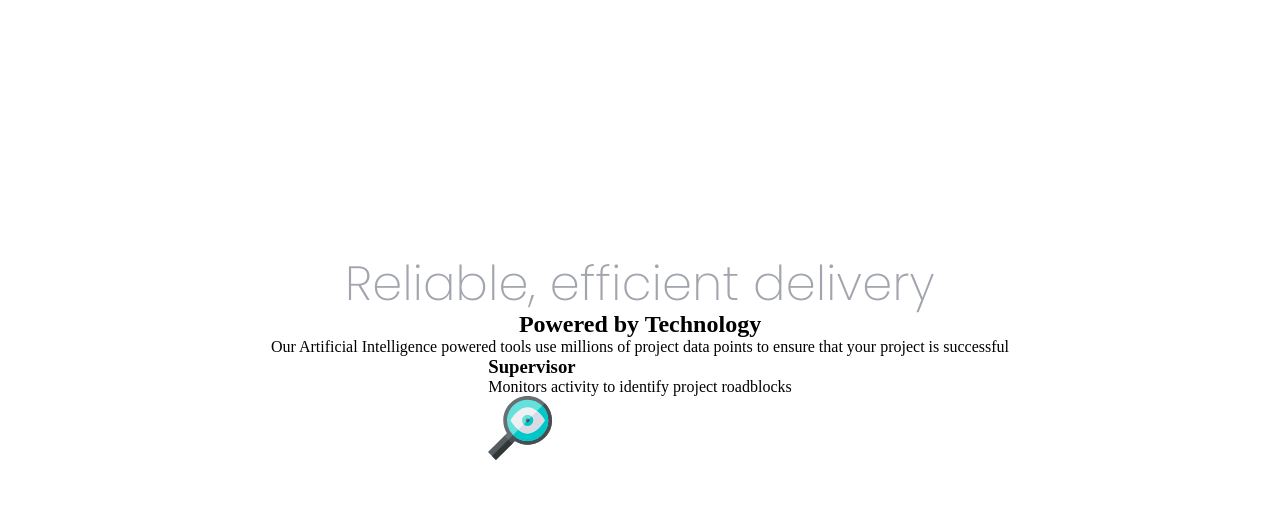
Repository: brandontaylor1/four-card-feature
Page: index.html
An editor plug-in stored every save of this project. The page is shown before and after the next save, followed by the edit.
The browser window is 1280 px wide. The pictures show the whole page.

Above is the page before, as saved 2025-01-09 22:30:50.

After the next save:
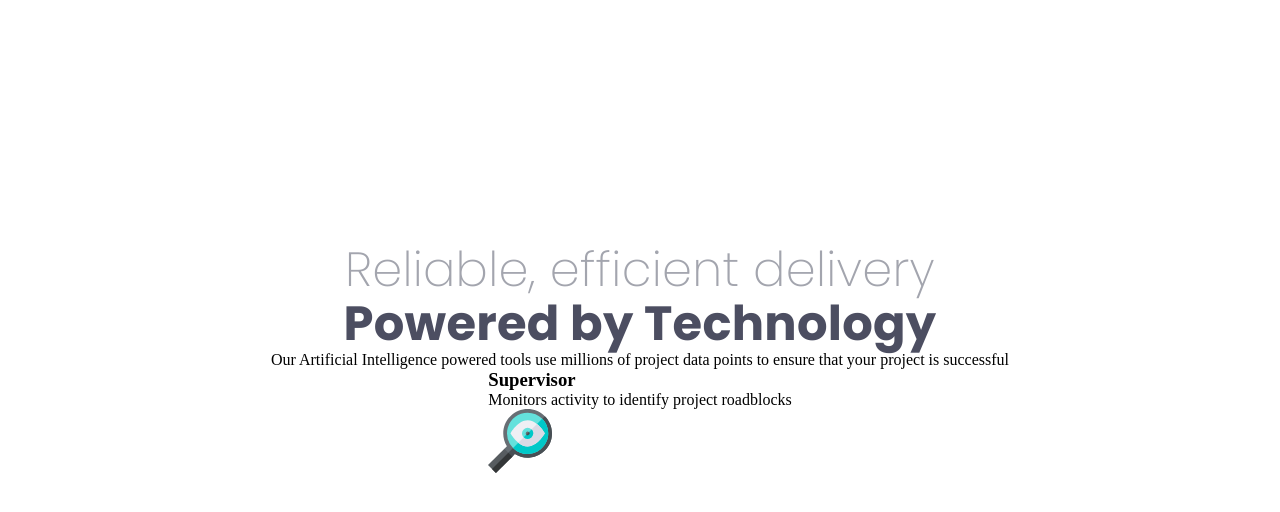
Saved 46 s later.
--- a/styles.css
+++ b/styles.css
@@ -37,3 +37,12 @@
     letter-spacing: .25px;
     color: var(--secondary-grayish-blue);
 }
+
+.page-content h2 {
+    font-size: 3rem;
+    font-family: "Poppins", sans-serif;
+    font-weight: 700;
+    line-height: 54px;
+    letter-spacing: .25px;
+    color: var(--secondary-dark-blue);
+}
